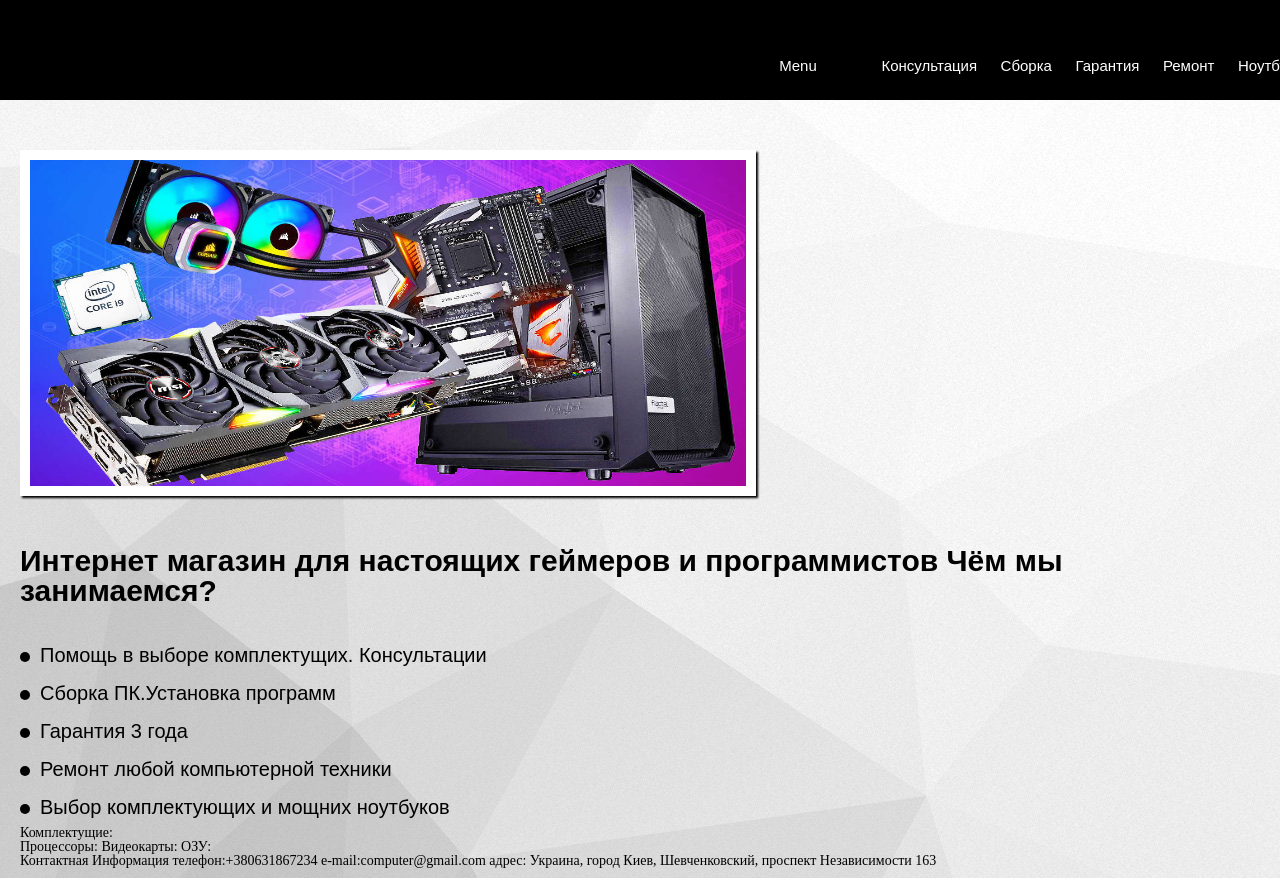
Repository: Bohdan-Sandovenko/First-Project-Flex
Page: index.html
These files come from the project's save history. The page is drawn as it stood at one moment and after the next save; the edit follows.
The browser window is 1280 px wide. The pictures show the whole page.
The style sheet was rebuilt from its Sass, Less or Tailwind sources for each picture, by a compiler version that may differ from the author's.

Above is the page before, as saved 2024-07-28 10:30:08.

After the next save:
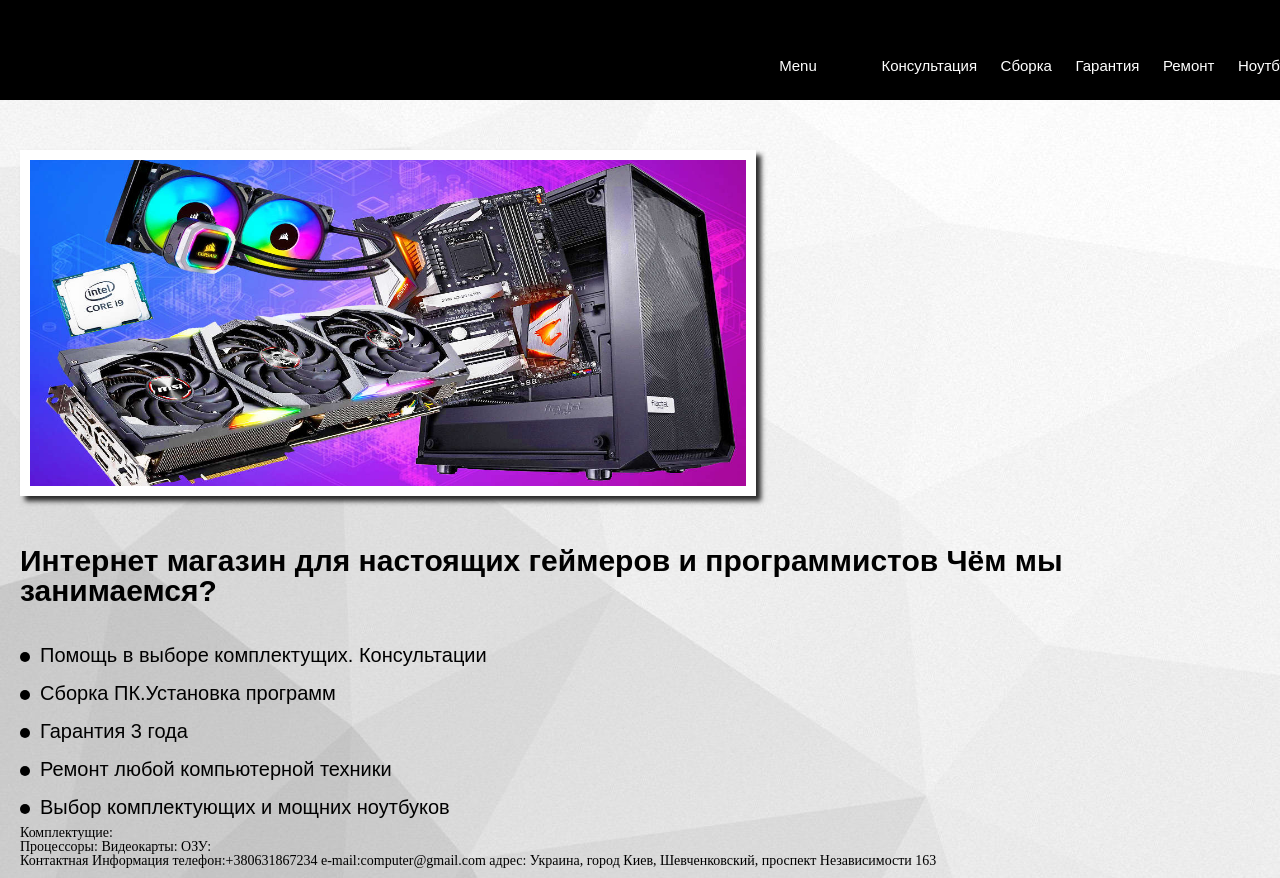
Saved 36 s later.
--- a/css/style.scss
+++ b/css/style.scss
@@ -66,7 +66,7 @@
                 width: 736px;
                 height: 346px;
                 border: 10px solid $color-white;
-                box-shadow: 2px 2px 2px black;
+                box-shadow: 5px 5px 5px rgb(41, 41, 41);
             }
         }
 
